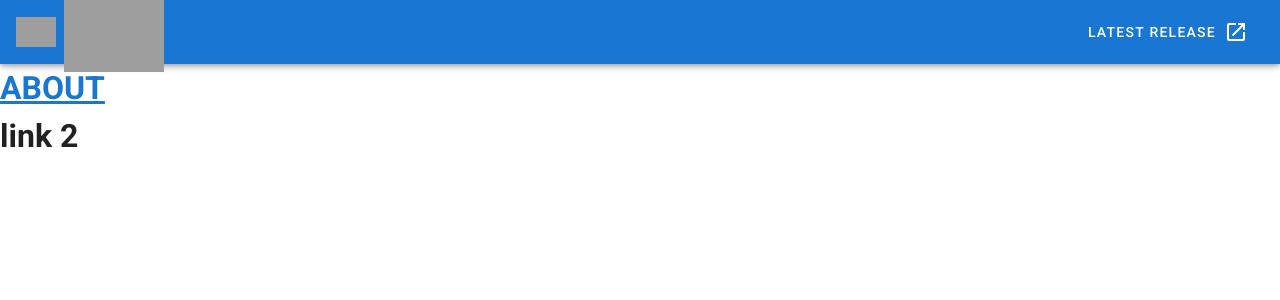
Repository: jeffersontads/project-vuejs
Page: /
An editor plug-in stored every save of this project. The page is shown before and after the next save, followed by the edit.
The browser window is 1280 px wide. The pictures show the whole page.
Pictures or frames that could not be fetched are drawn as grey boxes. The project was rebuilt for these pictures with package versions that can differ from the ones it lists, and the page was loaded fresh each time. Also part of the build but not shown: vue.config.js, src/components/HelloWorld.vue, src/views/Home.vue.

Above is the page before, as saved 2021-10-29 14:28:32.

After the next save:
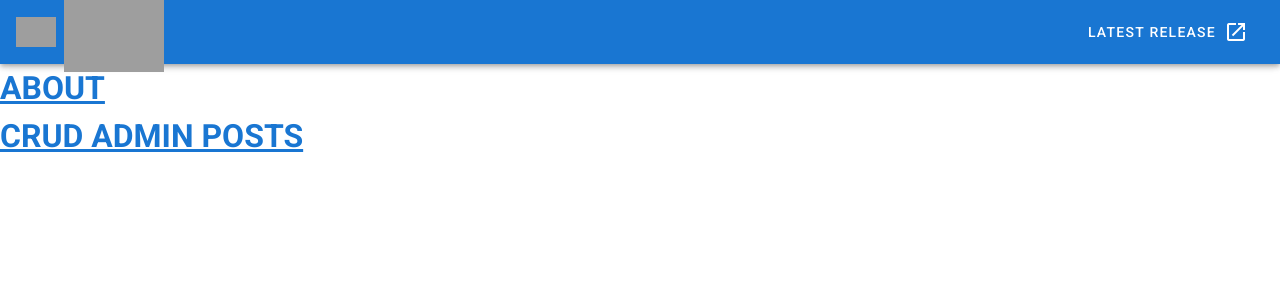
Saved 23 s later.
--- a/src/App.vue
+++ b/src/App.vue
@@ -39,7 +39,7 @@
 
     <v-main>
      <router-link to="/about"><h1>ABOUT</h1></router-link>
-     <h1>link 2</h1>
+     <router-link to="/crud"><h1>CRUD ADMIN POSTS</h1></router-link>
     </v-main>
   </v-app>
 </template>
